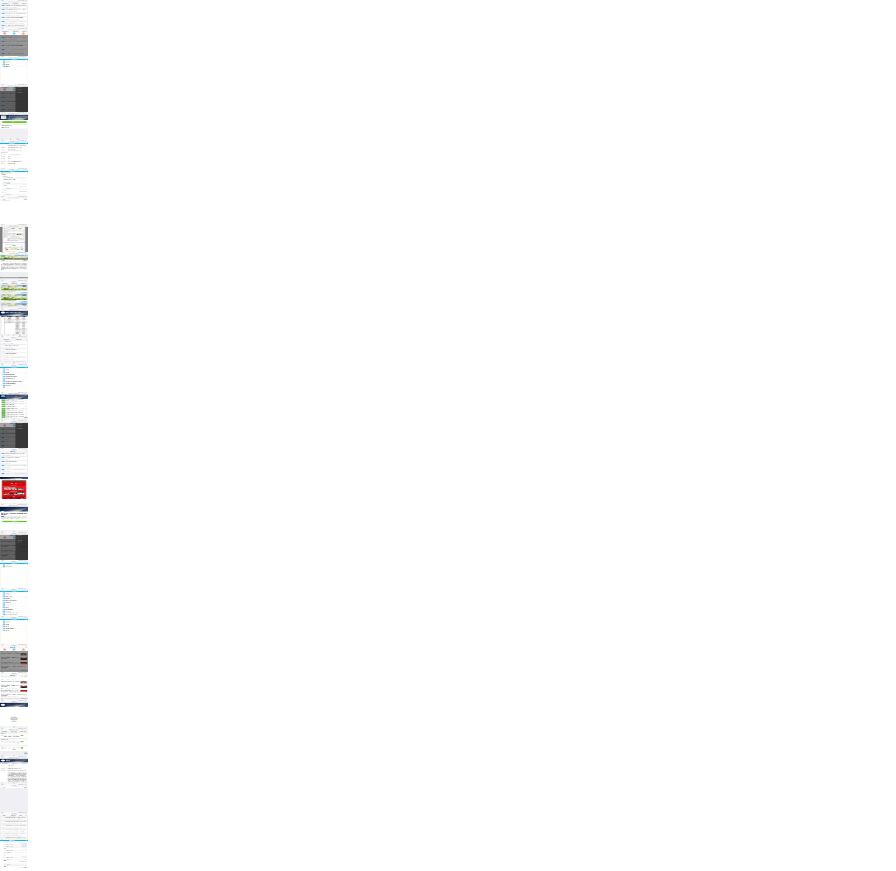
Repository: ch230/2021
Page: A.html
The author's editor kept a copy of each file at every save. The page is drawn from the files as they stood at one save, then again after the next save.
The browser window is 1280 px wide. The pictures show the part of the page from y = 0 to 1920 px (the page is 1244 px tall before and 2794 px after), at 70% of full size.

Above is the page before, as saved 2021-02-15 14:35:05.

After the next save:
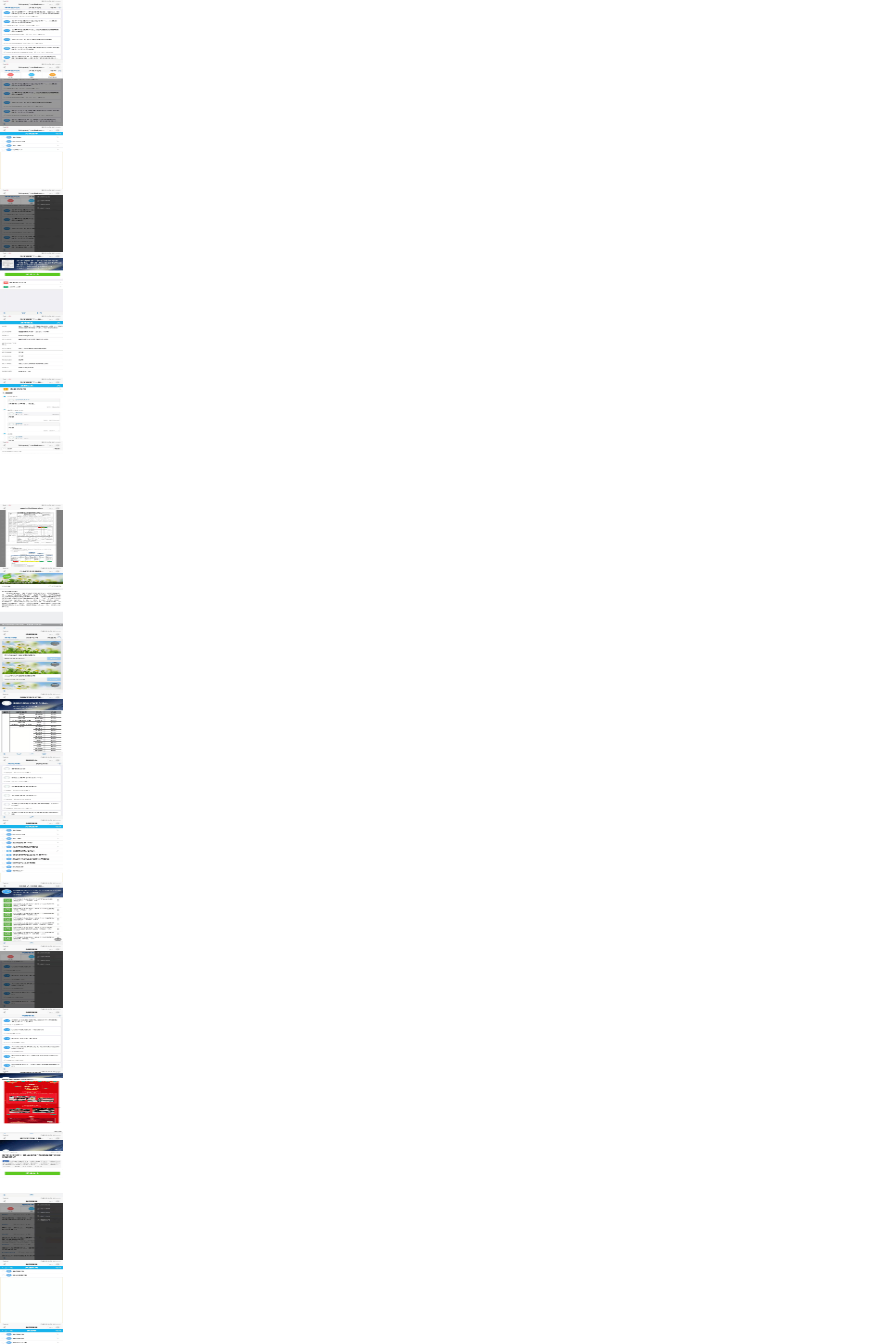
Saved 10 s later.
--- a/A.html
+++ b/A.html
@@ -21,8 +21,8 @@
       #items ul {
       }
       #items ul li {
-        height: 40px;
-        width: 40px;
+        height: 90px;
+        width: 90px;
       }
       #items ul li img {
         display: inline-block;
